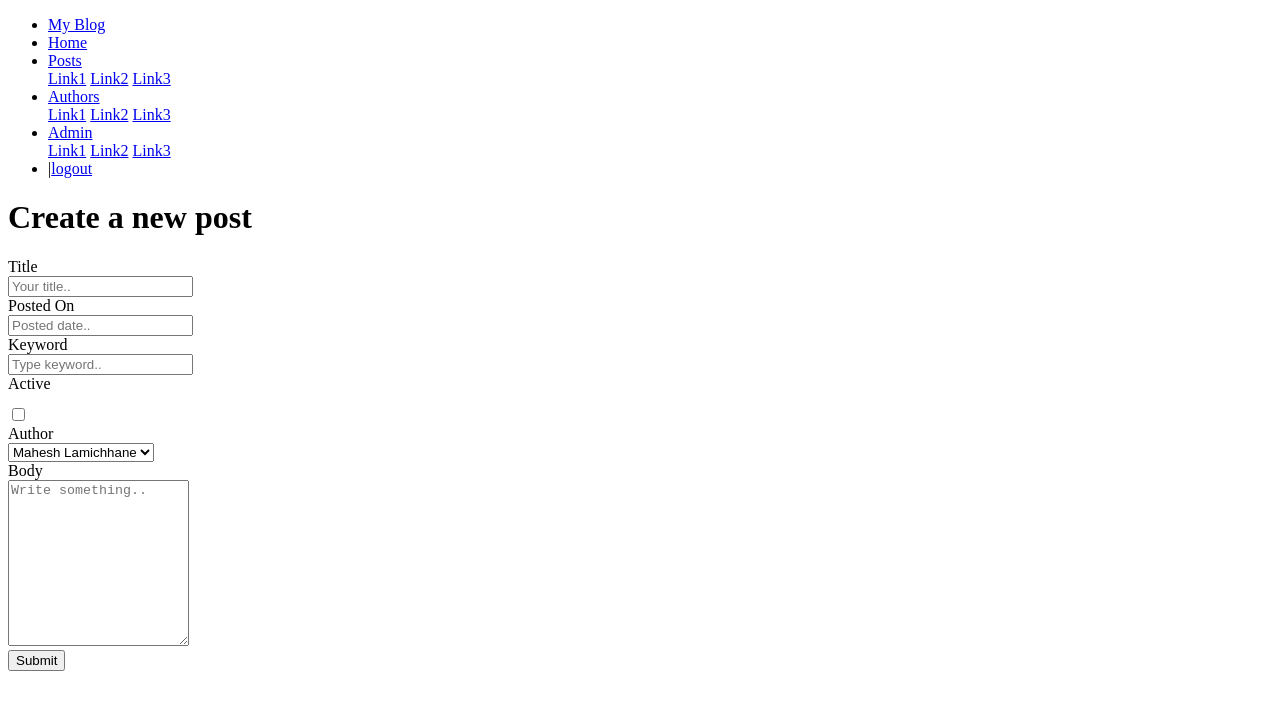
Repository: Software284/servlet-jsp-project
Page: http://localhost/Crud_WIth_Spring_Mvc_and_Hibernate_with_xml/WEB-INF/view/add.jsp
An editor plug-in stored every save of this project. The page is shown before and after the next save, followed by the edit.
The browser window is 1280 px wide. The pictures show the whole page.
The page is served by Tomcat 9. Nobody is signed in. Other server files are loaded and not shown. The template is opened directly, without the code that normally fills it, so the values that code supplies are empty.

Above is the page before, as saved 2020-06-13 20:28:31.

### Crud WIth Spring Mvc and Hibernate with xml/WebContent/WEB-INF/view/add.jsp
<%@ page language="java" contentType="text/html; charset=ISO-8859-1"
    pageEncoding="ISO-8859-1"%>
<%@ taglib uri="http://java.sun.com/jsp/jstl/sql" prefix="sql"%>
<%@ taglib uri="http://java.sun.com/jsp/jstl/core" prefix="c"%>
<!DOCTYPE html>
<html>
<head>
 <title>Bootstrap Example</title>
  <meta charset="utf-8">
  <meta name="viewport" content="width=device-width, initial-scale=1">
  <style type="text/css">







  </style>
</head>
<body>


   <div class="header">
    <ul>
      <li><a href="#">My Blog</a></li>
      <li><a href="#">Home</a></li>
      <li class="dropdown">
        <a href="#" class="dropbtn" >Posts</a>
        <div class="dropdown-content">
          <a href="#">Link1</a>
          <a href="#">Link2</a>
          <a href="#">Link3</a>
        </div>
      </li>
      <li class="dropdown">
        <a href="#" class="dropbtn">Authors</a>
        <div class="dropdown-content">
          <a href="#">Link1</a>
          <a href="#">Link2</a>
          <a href="#">Link3</a>
        </div>

      <li class="dropdown">
        <a href="#" class="dropbtn">Admin</a>
        <div class="dropdown-content">
          <a href="#">Link1</a>
          <a href="#">Link2</a>
          <a href="#">Link3</a>
        </div>
      </li>

      <li class="right"><c:out value="${sessionScope.username}"/>|<a href="logout">logout</a></li>
    </ul>
   </div>
   <h1>Create a new post</h1>
     <div class="container">
  <form action="insertdata" method="post">
  <div class="row">
    <div class="col-25">
      <label for="title">Title</label>
    </div>
    <div class="col-75">
      <input type="text" id="title" name="title" placeholder="Your title..">
    </div>
  </div>
  <div class="row">
    <div class="col-25">
      <label for="postedon">Posted On</label>
    </div>
    <div class="col-75">
      <input type="text" id="postedon" name="postedon" placeholder="Posted date..">
    </div>
  </div>
   <div class="row">
    <div class="col-25">
      <label for="keyword">Keyword</label>
    </div>
    <div class="col-75">
      <input type="text" id="keyword" name="keyword" placeholder="Type keyword..">
    </div>
   </div>
    <div class="row">
    <div class="col-25">
      <label for="active">Active</label>
    </div>
    <div class="col-75">
      <input type="checkbox" style="margin-top:15px;" id="active" name="active" value="1">
    </div>
  </div>
  <div class="row">
    <div class="col-25">
      <label for="country">Author</label>
    </div>
    <div class="col-75">
      <select id="name" name="author">
        <option value="Mahesh Lamichhane">Mahesh Lamichhane</option>
        <option value="Daring Pits">Daring Pits</option>
        <option value="Nabin Sharma">Nabin Sharma</option>
      </select>
    </div>
  </div>
    <div class="row">
    <div class="col-25">
      <label for="body">Body</label>
    </div>
    <div class="col-75">
      <textarea id="subject" name="bodydata" placeholder="Write something.." style="height:160px"></textarea>
    </div>
  </div>
  <div class="row">
    <input type="submit" value="Submit" name="submit" id="submit">
  </div>
  </form>
  </div>


</body>
</html>

### Crud WIth Spring Mvc and Hibernate with xml/WebContent/resource/css/style.css
  	.header
  	{
  	    width: 80%;
  	    height:50px;
  	    margin-left: 10%;
  		background-color: #ccff99;
  		padding:0px;
  	}
  	ul
  	{

  		margin:0px;
  		padding:0px;

  	}
  	ul li
  	{
  		display: inline-block;
  		margin-top: 10px;  		margin-left: 5px;
  		padding: 5px;
  		list-style-type: none;
  		margin-right: 5px;

  	}
  	ul li a
  	{
  		color:#fff;
  		text-decoration: none;
  		font-size: 19px;
  		color:#000;
  	}
  	ul li.right
  	{
  		float:right;
  	}
  	h1
  	{
  		margin-left:10%;
  		margin-bottom: 12px;
  		font-weight: bold;
  	}
  	form
  	{
  		margin-left: 10%;
  		max-width: 300px;
  	}
  input[type=text]
   {
  width: 100%;
  padding: 12px 20px;
  margin: 8px 0;
  box-sizing: border-box;
}
input[type=submit]
{
	width: 100%;
	display: block;
	font-weight: bold;
	font-size: 15px;
	margin-top: 8px;
	background-color: #0000ff;
	color: white;
	padding: 12px 20px;
	opacity: 0.8;
}



.dropdown {
  position: relative;
  display: inline-block;
}

.dropdown-content {
  display: none;
  position: absolute;
  background-color: #f9f9f9;
  min-width: 160px;
  box-shadow: 0px 8px 16px 0px rgba(0,0,0,0.2);
  z-index: 1;
}

.dropdown-content a {
  color: black;
  padding: 12px 16px;
  text-decoration: none;
  display: block;
}

.dropdown-content a:hover {background-color: #f1f1f1}

.dropdown:hover .dropdown-content {
  display: block;
}



  @Media(max-width: 700px)
  {
  	.header ul li a
  	{
  		font-size: 15px;
  	}
  }
   @Media(max-width: 400px)
  {
  	.header ul li a
  	{
  		font-size: 10px;
  	}

  }

  input[type=text], select, textarea {
  width: 100%;
  padding: 12px;
  border: 1px solid #ccc;
  border-radius: 4px;
  resize: vertical;
}

label {
  padding: 12px 12px 12px 0;
  display: inline-block;
}

input[type=submit] {
  background-color: #4CAF50;
  color: white;
  padding: 12px 20px;
  border: none;
  border-radius: 4px;
  cursor: pointer;
  float: right;
  margin-top: 10px;
}

input[type=submit]:hover {
  background-color: #45a049;
}

.container {
  border-radius: 5px;
  background-color: #f2f2f2;
  padding: 20px;
  width:90%;
}

.col-25 {
  float: left;
  width: 25%;
  margin-top: 6px;
}

.col-75 {
  float: left;
  width: 75%;
  margin-top: 6px;
}

/* Clear floats after the columns */
.row:after {
  content: "";
  display: table;
  clear: both;
}

/* Responsive layout - when the screen is less than 600px wide, make the two columns stack on top of each other instead of next to each other */
@media screen and (max-width: 600px) {
  .col-25, .col-75, input[type=submit] {
    width: 100%;
    margin-top: 0;
  }
}

After the next save:
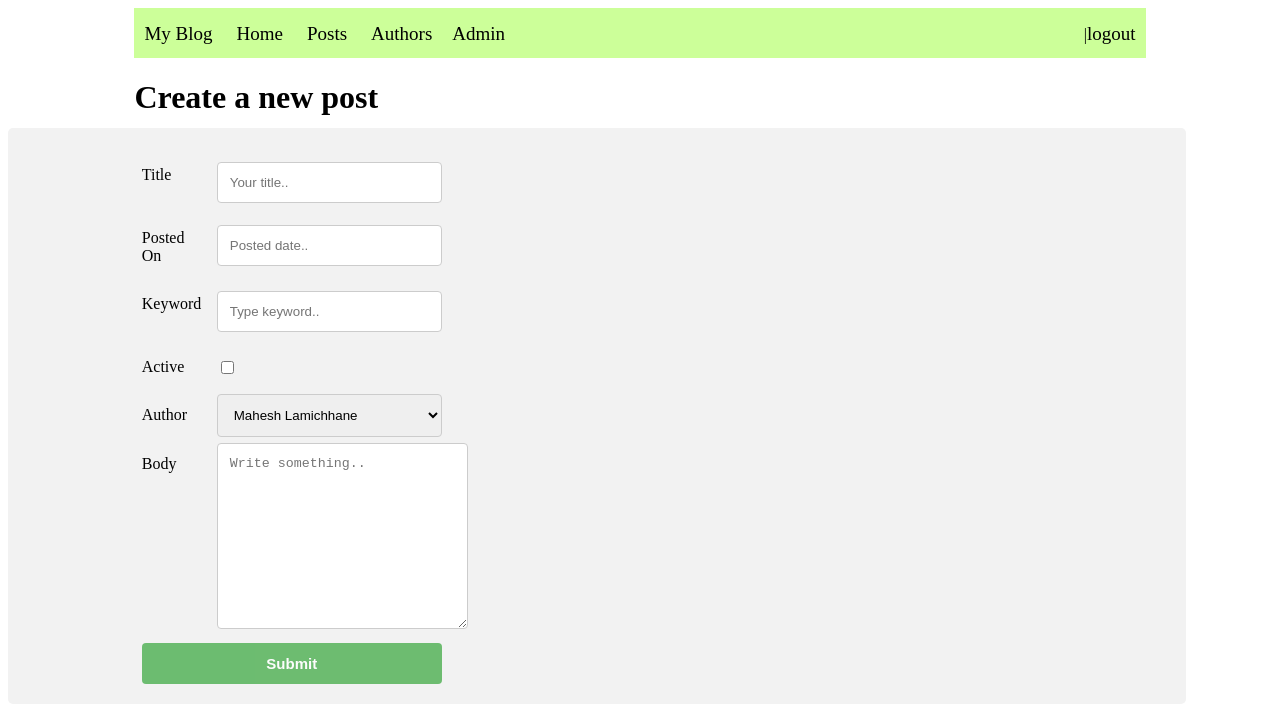
Saved 12 s later.
--- a/Crud WIth Spring Mvc and Hibernate with xml/WebContent/WEB-INF/view/add.jsp
+++ b/Crud WIth Spring Mvc and Hibernate with xml/WebContent/WEB-INF/view/add.jsp
@@ -8,15 +8,7 @@
  <title>Bootstrap Example</title>
   <meta charset="utf-8">
   <meta name="viewport" content="width=device-width, initial-scale=1">
-  <style type="text/css">
-
-
-
-
-
-
-
-  </style>
+    <link type="text/css" rel="stylesheet" href="${pageContext.request.contextPath}/resource/css/style.css">
 </head>
 <body>
 
